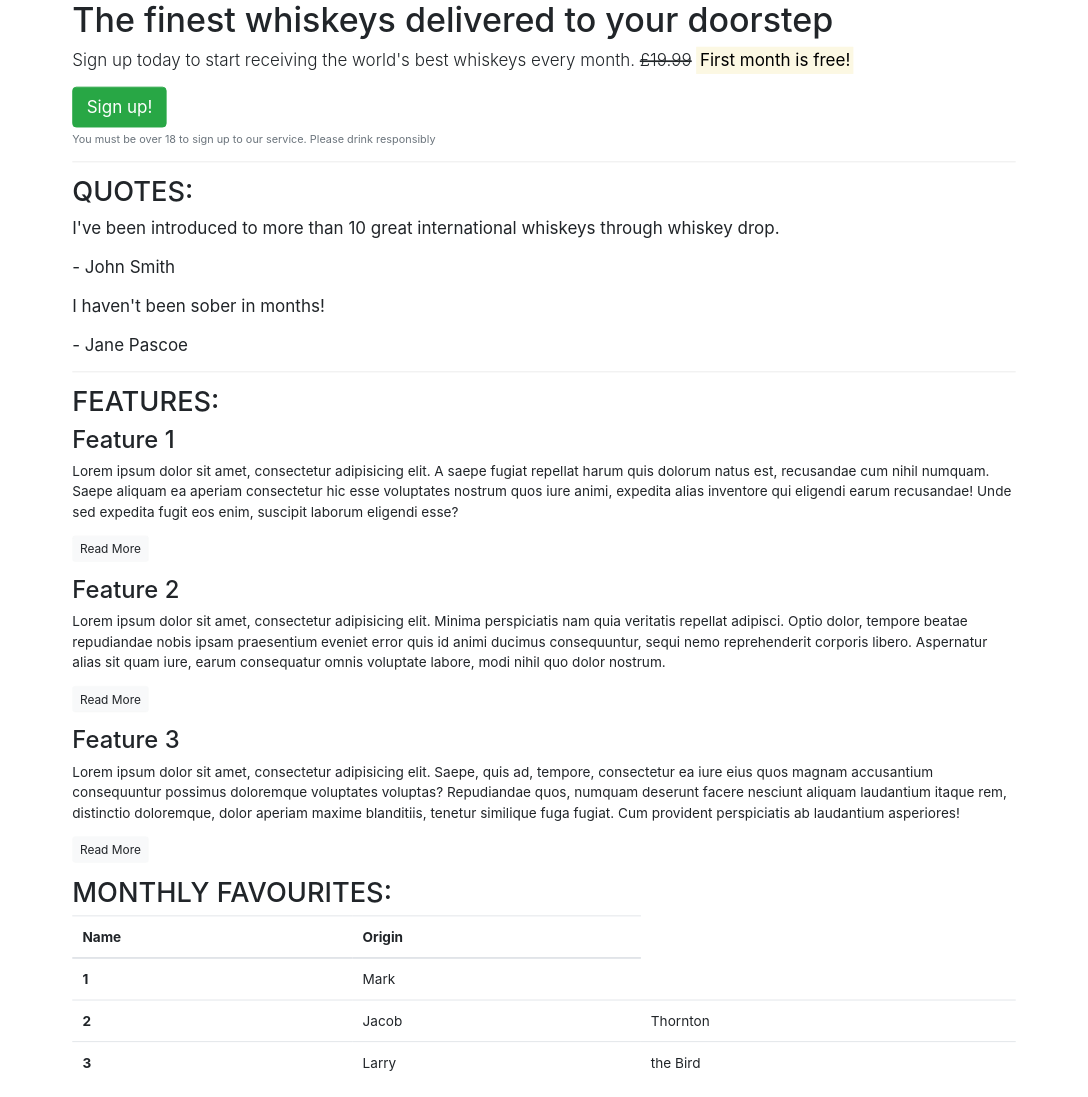
Repository: LouWills/WhiskeyDrop-bootstrap
Page: index.html
The author's editor kept a record of every edit. The page is drawn from the files as they stood at one moment, then again after the next edit.
The browser window is 1280 px wide. The pictures show the whole page, at 85% of full size.

Above is the page before.
Console error: TypeError: Cannot read properties of undefined (reading 'fn')

### index.html
<!DOCTYPE html>
<html lang="en">
<head>
    <meta charset="UTF-8">
    <meta name="viewport" content="width=device-width, initial-scale=1.0">
    <meta http-equiv="X-UA-Compatible" content="ie=edge">
    <link rel="stylesheet" href="https://stackpath.bootstrapcdn.com/bootstrap/4.3.1/css/bootstrap.min.css" integrity="sha384-ggOyR0iXCbMQv3Xipma34MD+dH/1fQ784/j6cY/iJTQUOhcWr7x9JvoRxT2MZw1T" crossorigin="anonymous">
<script src="https://stackpath.bootstrapcdn.com/bootstrap/4.3.1/js/bootstrap.min.js" integrity="sha384-JjSmVgyd0p3pXB1rRibZUAYoIIy6OrQ6VrjIEaFf/nJGzIxFDsf4x0xIM+B07jRM" crossorigin="anonymous"></script>
    <!--main.css are my own styles on the website-->
    <link rel="stylesheet" href="main.css" type="text/css" />
    <title>Whiskey Drop_Taste a new whiskey every month</title>
</head>
<body>
   <article class="container">
       <!--callout-->
       <section class="callout">
           <h1>The finest whiskeys delivered to your doorstep</h1>
           <p class="lead">Sign up today to start receiving the world's best whiskeys every month. <s>£19.99</s> <strong><mark>First month is free!</mark></strong></p>
            <button class="btn btn-success btn-lg btn-tablet">Sign up!</button>
           <p class="text-muted"><small>You must be over 18 to sign up to our service. Please drink responsibly</small></p>
       </section>
       <!--/.callout-->
       <hr>

       <!-- Quotes -->
       <section class="quotes">
           <h2 class="text-uppercase">Quotes:</h2>
           <blockquote class="blockquote">
               <p>I've been introduced to more than 10 great international whiskeys through whiskey drop.</p>
               <p>- John Smith</p>
           </blockquote>
           <blockquote class="blockquote">
               <p>I haven't been sober in months!</p>
               <p>- Jane Pascoe</p>
           </blockquote>
        </section>
        <!--/.quotes-->

        <hr>

        <!--Features-->
        <section class="features">
            <h2 class="text-uppercase">Features:</h2>
            <div class="feature">
                <h3>Feature 1</h3>
                <p>Lorem ipsum dolor sit amet, consectetur adipisicing elit. A saepe fugiat repellat harum quis dolorum natus est, recusandae cum nihil numquam. Saepe aliquam ea aperiam consectetur hic esse voluptates nostrum quos iure animi, expedita alias inventore qui eligendi earum recusandae! Unde sed expedita fugit eos enim, suscipit laborum eligendi esse?</p>
                <p><a class="btn btn-sm btn-light btn-tablet" href="">Read More</a></p>
            </div>
            <div class="feature">
                <h3>Feature 2</h3>
                <p>Lorem ipsum dolor sit amet, consectetur adipisicing elit. Minima perspiciatis nam quia veritatis repellat adipisci. Optio dolor, tempore beatae repudiandae nobis ipsam praesentium eveniet error quis id animi ducimus consequuntur, sequi nemo reprehenderit corporis libero. Aspernatur alias sit quam iure, earum consequatur omnis voluptate labore, modi nihil quo dolor nostrum.</p>
                <p><a class="btn btn-sm btn-light btn-tablet" href="">Read More</a></p>
            </div>
            <div class="feature">
                <h3>Feature 3</h3>
                <p>Lorem ipsum dolor sit amet, consectetur adipisicing elit. Saepe, quis ad, tempore, consectetur ea iure eius quos magnam accusantium consequuntur possimus doloremque voluptates voluptas? Repudiandae quos, numquam deserunt facere nesciunt aliquam laudantium itaque rem, distinctio doloremque, dolor aperiam maxime blanditiis, tenetur similique fuga fugiat. Cum provident perspiciatis ab laudantium asperiores!</p>
                <p><a class="btn btn-sm btn-light btn-tablet" href="">Read More</a></p>
            </div>
        </section>
        <!-- /.Features -->

        <!--Monthly Favourites-->
        <section class="monthlyFavourites">
            <h2 class="text-uppercase">Monthly favourites:</h2>
            <table class="table">
                <thead>
                    <tr>
                      <th scope="col">Name</th>
                      <th scope="col">Origin</th>
                    </tr>
                </thead>
                <tbody>
                    <tr>
                      <th scope="row">1</th>
                      <td>Mark</td>
                    </tr>
                    <tr>
                      <th scope="row">2</th>
                      <td>Jacob</td>
                      <td>Thornton</td>
                    </tr>
                    <tr>
                      <th scope="row">3</th>
                      <td>Larry</td>
                      <td>the Bird</td>
                    </tr>
                </tbody>
            </table>
        </section>
   </article>
</body>
</html>

### main.css
@media (max-width: 767px) {
    .btn-tablet {
    margin:auto;
    display:block;
}
}

After the next edit:
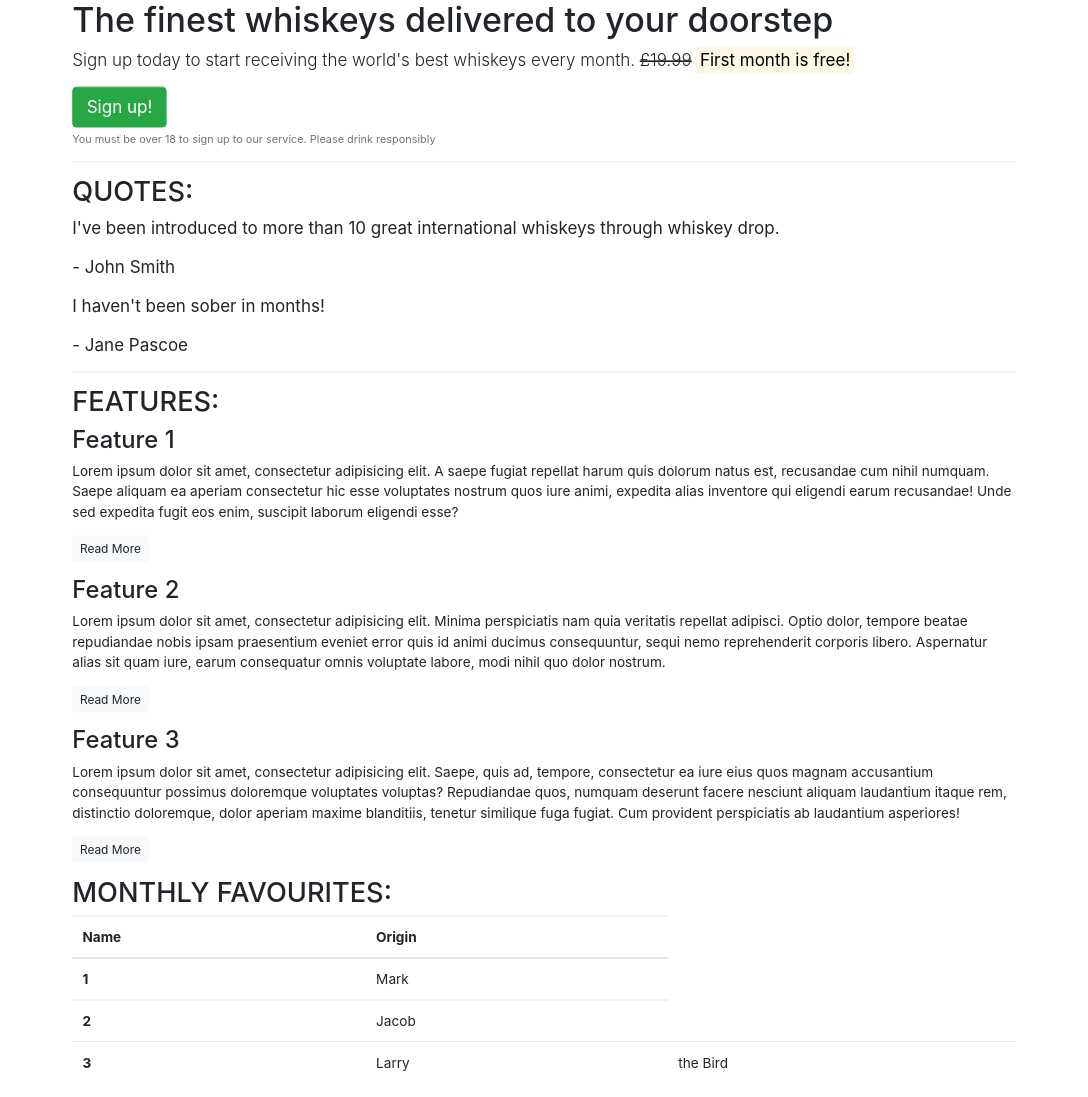
The edit:
--- a/index.html
+++ b/index.html
@@ -77,7 +77,6 @@
                     <tr>
                       <th scope="row">2</th>
                       <td>Jacob</td>
-                      <td>Thornton</td>
                     </tr>
                     <tr>
                       <th scope="row">3</th>
